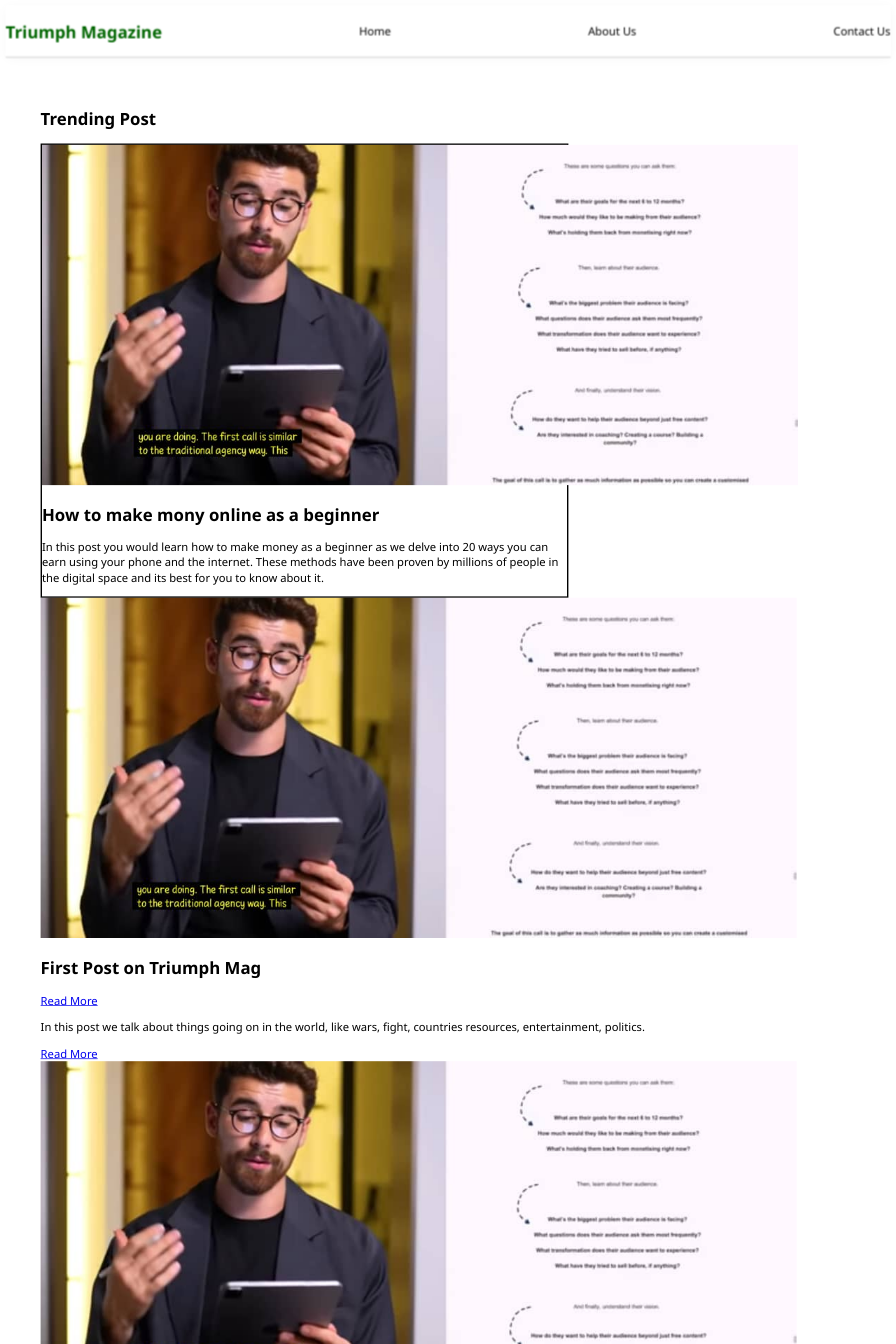
Repository: zikcolle/Triumph-Blog
Page: index.html
An editor plug-in stored every save of this project. The page is shown before and after a run of saves, followed by the edit.
The browser window is 1280 px wide. The pictures show the part of the page from y = 0 to 1920 px (the page is 5455 px tall), at 70% of full size.

Above is the page before, as saved 2026-06-20 15:41:41.

After the next 4 saves:
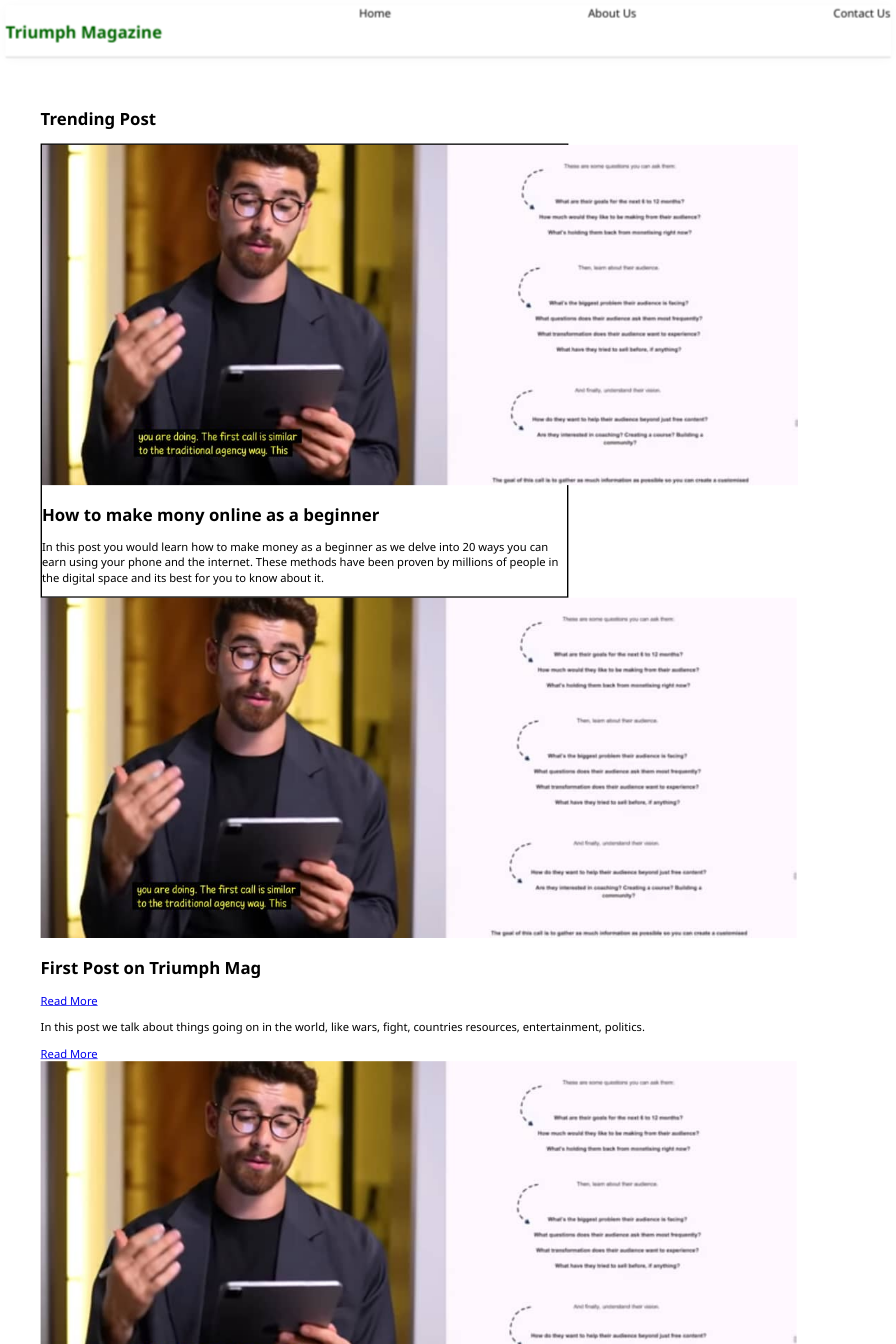
The 4 saves are shown as one change because they came seconds apart.
The last was saved 39 s later.
--- a/styles.css
+++ b/styles.css
@@ -7,7 +7,6 @@
 header {
     display: flex;
     justify-content: space-between;
-    align-items: center;
     margin: 0 auto;
     background-color: rgba(255,255,255,0.92);
     border-bottom: 1px solid rgba(0, 0, 0, 0.213);
@@ -22,6 +21,7 @@
 header a {
     text-decoration: none;
     color: rgb(0, 0, 0);
+    align-items: center;
 }
 
 header a:hover {

After the save that followed:
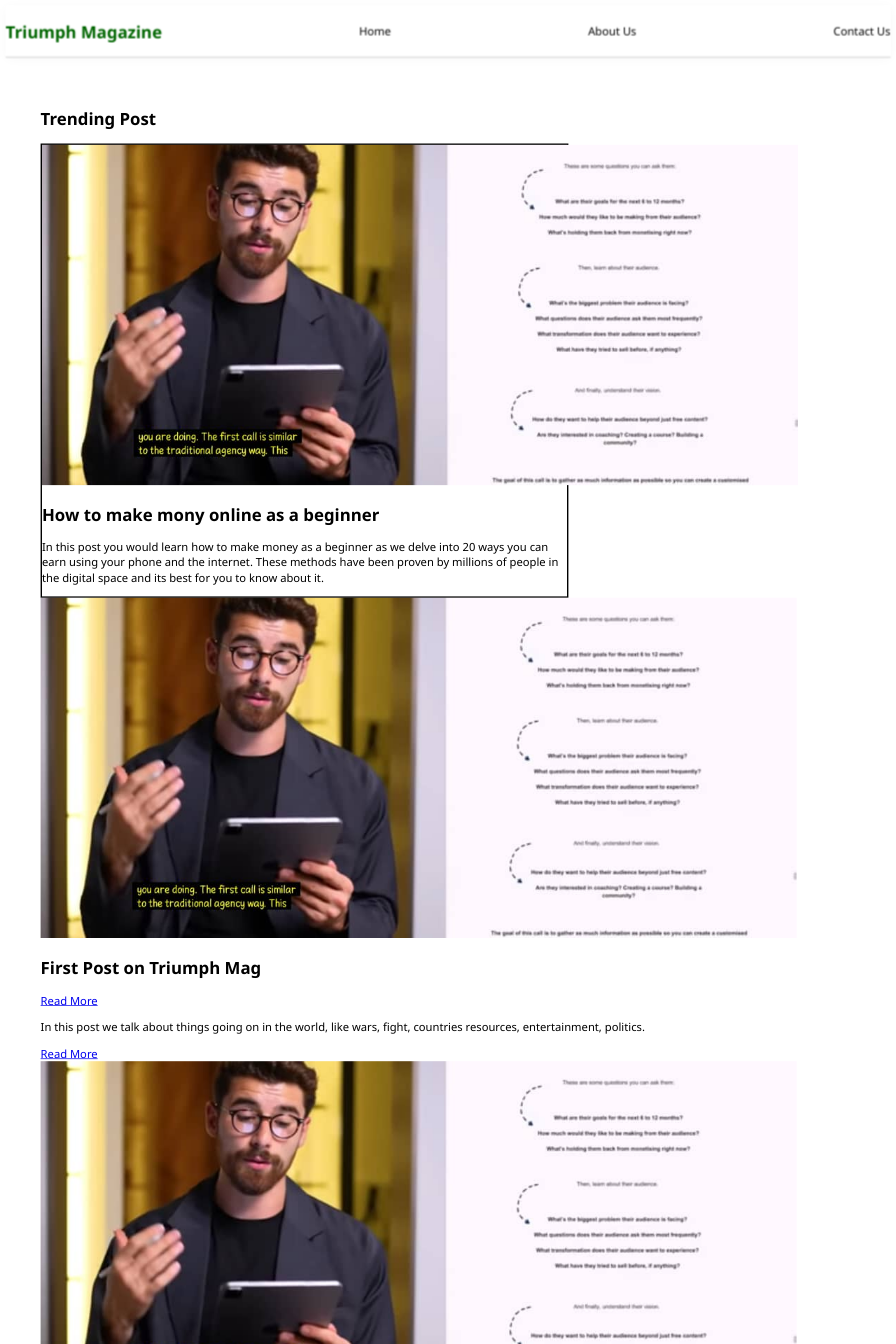
Saved 12 s later.
--- a/styles.css
+++ b/styles.css
@@ -7,6 +7,7 @@
 header {
     display: flex;
     justify-content: space-between;
+    align-items: center;
     margin: 0 auto;
     background-color: rgba(255,255,255,0.92);
     border-bottom: 1px solid rgba(0, 0, 0, 0.213);
@@ -21,7 +22,6 @@
 header a {
     text-decoration: none;
     color: rgb(0, 0, 0);
-    align-items: center;
 }
 
 header a:hover {
